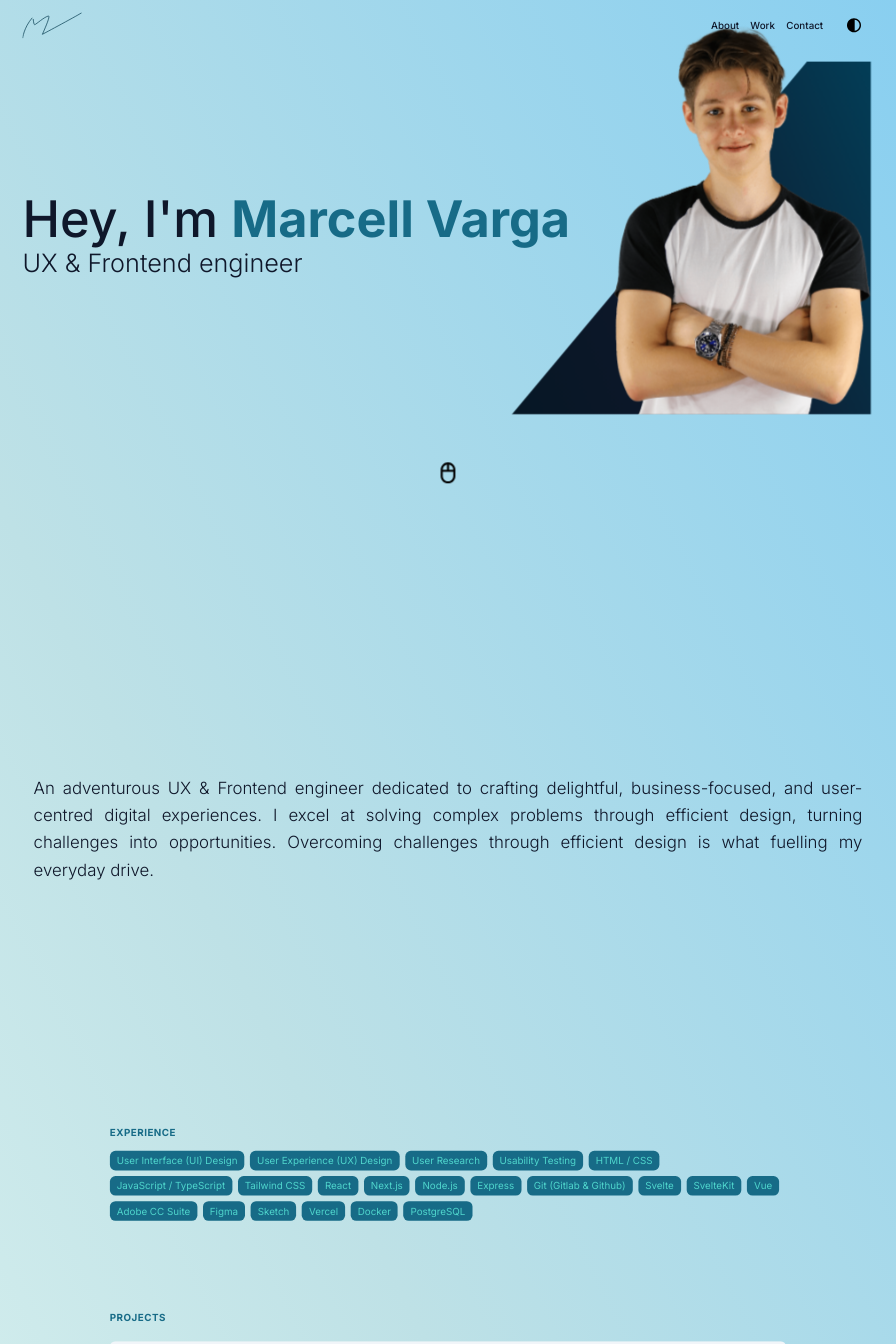
Repository: TheMarcellVarga/personal-portfolio-v.2
Page: /
The author's editor kept a copy of each file at every save. The page is drawn from the files as they stood at one save, then again after the next save.
The browser window is 1280 px wide. The pictures show the part of the page from y = 0 to 1920 px (the page is 4294 px tall), at 70% of full size.
The project was rebuilt for these pictures with package versions that can differ from the ones it lists, and the page was loaded fresh each time. The framework's server and built-in components were replaced by stand-ins that run in the browser. Also part of the build but not shown: next.config.mjs.

Above is the page before, as saved 2024-07-19 00:55:13.

After the next save:
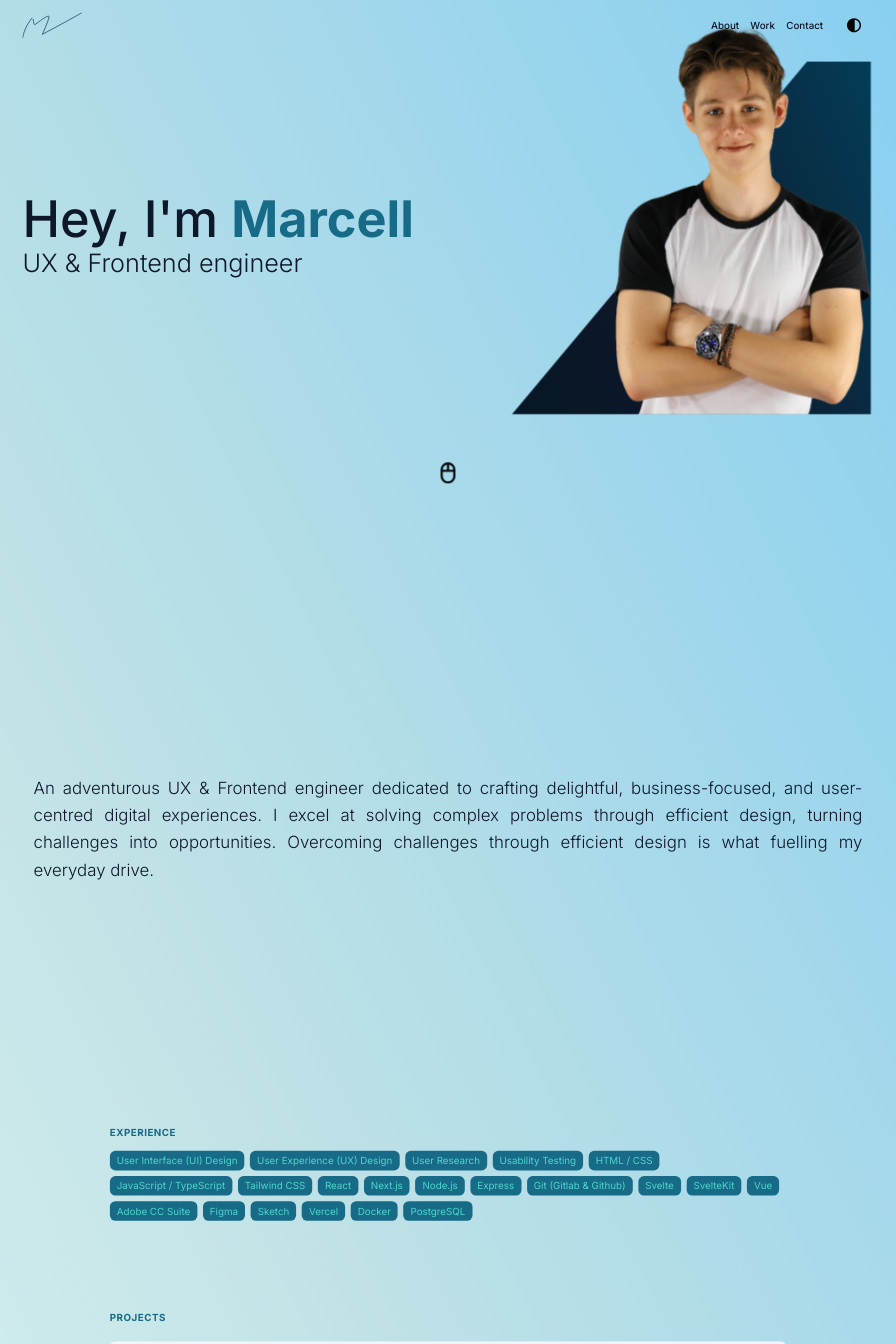
Saved 9 s later.
--- a/app/page.tsx
+++ b/app/page.tsx
@@ -245,7 +245,10 @@
           <div className="absolute w-fit z-10">
             <div className="flex flex-row w-full text-7xl font-medium items-center justify-start text-slate-900 dark:text-slate-50 ">
               Hey, I'm&nbsp;
-              <span className="text-custom-blue font-bold">Marcell Varga</span>
+              <span className="text-custom-blue font-bold">
+                Marcell
+                {/* Varga */}
+              </span>
             </div>
             <div className="flex w-full text-4xl font-light items-center justify-start my-2 text-slate-900 dark:text-slate-50 ">
               UX & Frontend engineer
